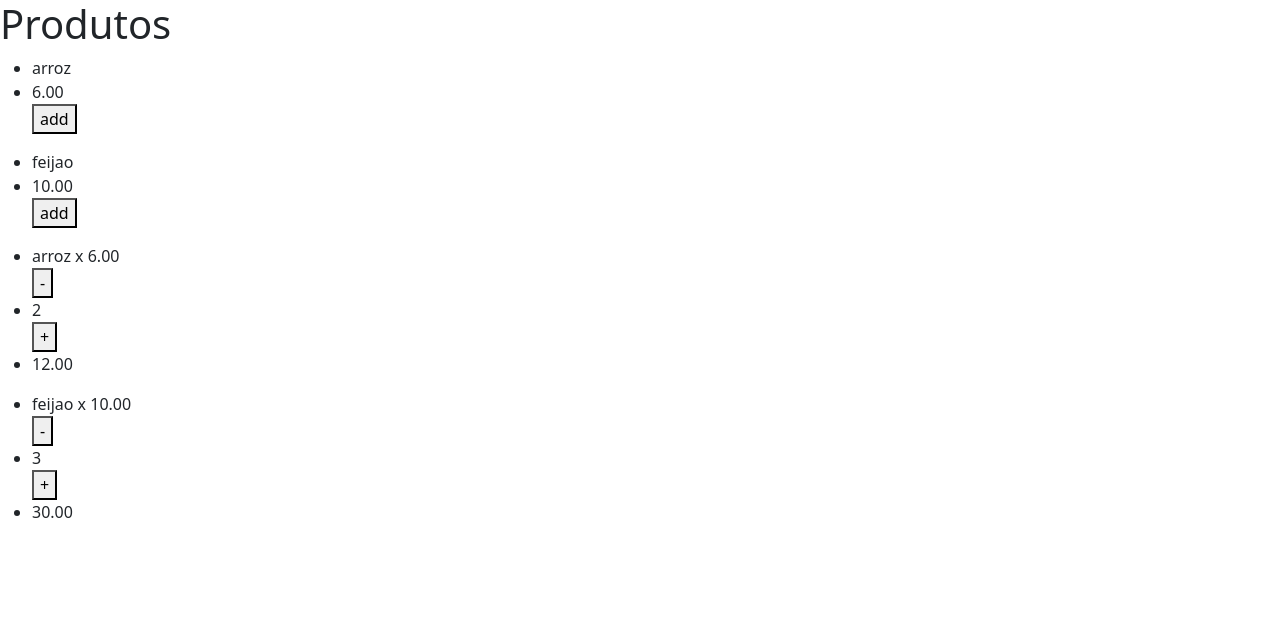
Repository: joaobatistafrontend/test-venda
Page: http://localhost/
These files come from the project's save history. The page is drawn as it stood at one moment and after the next save; the edit follows.
The browser window is 1280 px wide. The pictures show the whole page.
The page is served by the project's application, run on Django 4.2 (manage.py). Other server files are loaded and not shown. The page reads the database file committed with the project.

Above is the page before, as saved 2024-09-22 01:34:41.

### templates/index.html
<!DOCTYPE html>
<html lang="en">
<head>
    <meta charset="UTF-8">
    <meta name="viewport" content="width=device-width, initial-scale=1.0">
    <title>Document</title>
    <link href="https://cdn.jsdelivr.net/npm/bootstrap@5.3.3/dist/css/bootstrap.min.css" rel="stylesheet" integrity="sha384-QWTKZyjpPEjISv5WaRU9OFeRpok6YctnYmDr5pNlyT2bRjXh0JMhjY6hW+ALEwIH" crossorigin="anonymous">
</head>
<body>
    <h1>Produtos</h1>
    <div id="custom-alert" style="display: none; position: fixed; top: 20px; right: 20px; background-color: #4CAF50; color: white; padding: 15px; border-radius: 5px; z-index: 1000;"></div>

    {% for p in produtos %}
        <ul>
            <li>{{ p.nome }}</li>
            <li>{{ p.valor }}</li>

            <form action="{% url 'adicionar_ao_carrinho' p.id %}" method="post" style="display: inline;" class="add-to-cart-form" id="form-{{ produto.id }}">
                {% csrf_token %}
                <button type="submit" class="btn-default add-to-cart-btn">
                    add
                </button>

            </form>
        </ul>
    {% endfor %}
    {% for p in carinho %}
        <ul>
            <li>{{ p.produto }}</li>
            <button>-</button>
            <li>{{ p.quantidade }}</li>
            <button>+</button>
            <li>{{ p.preco_total }}</li>

        </ul>
    {% endfor %}
</body>
</html>

### core/models.py
from django.db import models
from django.db.models import Max
from decimal import Decimal
from django.db.models.signals import pre_save
from django.dispatch import receiver
from datetime import date
from django.utils import timezone


class NovaCategoria(models.Model):
    nome = models.CharField(max_length=100)
    def __str__(self) -> str:
        return f'{self.nome}'


class Produto(models.Model):
    nome = models.CharField(max_length=100, blank=True, null=True)
    valor = models.DecimalField(max_digits=10, decimal_places=2, blank=True, null=True)
    tipo_categoria = models.ForeignKey(NovaCategoria, on_delete=models.CASCADE)

    def __str__(self):
        return f"{self.nome} x {self.valor}"


class ItemDoCarrinho(models.Model):
    produto = models.ForeignKey(Produto, on_delete=models.CASCADE)
    quantidade = models.PositiveIntegerField(default=0)
    preco_total = models.DecimalField(max_digits=10, decimal_places=2, null=True, blank=True)

    def save(self, *args, **kwargs):
        # Calcula o preço total do item no carrinho com base no valor do produto
        self.preco_total = self.produto.valor * self.quantidade
        super(ItemDoCarrinho, self).save(*args, **kwargs)

    def __str__(self):
        return f"{self.quantidade} x {self.produto.nome}"

class Carrinho(models.Model):

    produto = models.ForeignKey(Produto, on_delete=models.CASCADE)
    quantidade = models.IntegerField(default=1)

    def save(self, *args, **kwargs):
        # Calcula o preço total do item no carrinho com base no valor do produto
        self.preco_total = self.produto.valor * self.quantidade
        super(Carrinho, self).save(*args, **kwargs)

    def __str__(self):
        return f"{self.quantidade} x {self.produto.nome}"


class Venda(models.Model):
    numero_venda = models.IntegerField()  # Número da venda por empresa
    data_venda = models.DateField(default=date.today)  # Data da venda

    def __str__(self):
        return f"Venda #{self.numero_venda} - {self.data_venda}"

class VendaDoProduto(models.Model):
    venda = models.ForeignKey(Venda, on_delete=models.CASCADE, related_name='itens', blank=True, null=True)
    produto = models.ForeignKey(Produto, on_delete=models.CASCADE)
    qtd = models.IntegerField(blank=True, null=True)
    data_venda = models.DateField()  # Remova auto_now_add=True
    total = models.DecimalField(max_digits=10, decimal_places=2, blank=True, null=True)

    def __str__(self):
        return f"Venda {self.venda} - Produto {self.produto.nome} - {self.qtd} unidades - Total: R${self.total} - Data {self.data_venda}"




# Função que será chamada antes de salvar uma instância de VendaDoProduto
@receiver(pre_save, sender=VendaDoProduto)
def update_total(sender, instance, **kwargs):
    # Verifica se o produto e a quantidade não são nulos e calcula o total
    if instance.produto.valor and instance.qtd:
        instance.total = instance.produto.valor * instance.qtd
    else:
        instance.total = 0  # Define total como 0 se valor ou qtd forem nulos

### core/views.py
from typing import Any
from django.http.response import HttpResponse as HttpResponse
from django.shortcuts import render
from .models import *
from django.views.generic import TemplateView
from django.shortcuts import render
from django.views.generic import TemplateView,CreateView,View,ListView,UpdateView,DeleteView
from django.shortcuts import render,redirect,HttpResponse
from django.urls import reverse_lazy
from django.dispatch import receiver
from django.contrib import messages
from django.shortcuts import render, get_object_or_404
from decimal import Decimal
from urllib.parse import urlencode
from django.http import HttpRequest
from django.db.models import Q

class IndexView(TemplateView):
    template_name = 'index.html'
    def get(self, request):
        produtos = Produto.objects.all()
        carinho =  ItemDoCarrinho.objects.all()

        return render(request, self.template_name, {'produtos':produtos, 'carinho': carinho})



def adicionar_ao_carrinho(request, produto_id):
    if request.method == 'POST':
        produto = get_object_or_404(Produto, pk=produto_id)

        # Verifica se já existe um item do carrinho para este produto
        item, created = ItemDoCarrinho.objects.get_or_create(produto=produto, defaults={'quantidade': 0})

        # Se o item já existe, incrementa a quantidade
        if not created:
            item.quantidade += 1
        else:
            item.quantidade = 1  # Se o item foi criado agora, inicializa a quantidade como 1

        # Calcula o preço total do item no carrinho com base no valor do produto
        item.preco_total = item.quantidade * produto.valor
        item.save()
        return redirect('index')
    else:
        return redirect('index')

### venda/urls.py
"""
URL configuration for venda project.

The `urlpatterns` list routes URLs to views. For more information please see:
    https://docs.djangoproject.com/en/4.2/topics/http/urls/
Examples:
Function views
    1. Add an import:  from my_app import views
    2. Add a URL to urlpatterns:  path('', views.home, name='home')
Class-based views
    1. Add an import:  from other_app.views import Home
    2. Add a URL to urlpatterns:  path('', Home.as_view(), name='home')
Including another URLconf
    1. Import the include() function: from django.urls import include, path
    2. Add a URL to urlpatterns:  path('blog/', include('blog.urls'))
"""
from django.contrib import admin
from django.urls import path, include

urlpatterns = [
    path('admin/', admin.site.urls),
    path('', include('core.urls')),
]

### core/urls.py
from django.urls import path
from .views import *
urlpatterns = [
    path('', IndexView.as_view(), name='index'),
    path('adicionar/<int:produto_id>/', adicionar_ao_carrinho, name='adicionar_ao_carrinho'),

]

### db.sqlite3 (the tables this page reads, as SQL)
CREATE TABLE "core_itemdocarrinho" ("id" integer NOT NULL PRIMARY KEY AUTOINCREMENT, "quantidade" integer unsigned NOT NULL CHECK ("quantidade" >= 0), "preco_total" decimal NULL, "produto_id" bigint NOT NULL REFERENCES "core_produto" ("id") DEFERRABLE INITIALLY DEFERRED);
INSERT INTO "core_itemdocarrinho" VALUES
(26, 2, 12, 1),
(27, 3, 30, 2);

CREATE TABLE "core_produto" ("id" integer NOT NULL PRIMARY KEY AUTOINCREMENT, "nome" varchar(100) NULL, "valor" decimal NULL, "tipo_categoria_id" bigint NOT NULL REFERENCES "core_novacategoria" ("id") DEFERRABLE INITIALLY DEFERRED);
INSERT INTO "core_produto" VALUES
(1, 'arroz', 6, 1),
(2, 'feijao', 10, 1);

After the next save:
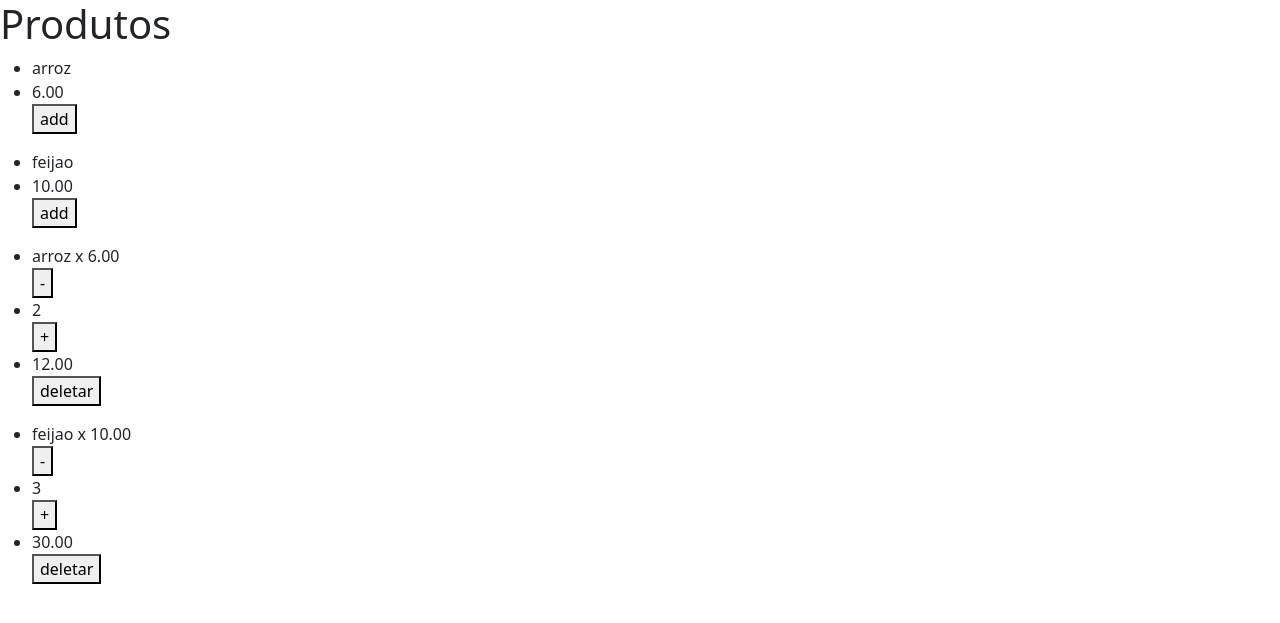
Saved 7 s later.
--- a/templates/index.html
+++ b/templates/index.html
@@ -31,7 +31,7 @@
             <li>{{ p.quantidade }}</li>
             <button>+</button>
             <li>{{ p.preco_total }}</li>
-
+            <button>deletar</button>
         </ul>
     {% endfor %}
 </body>
